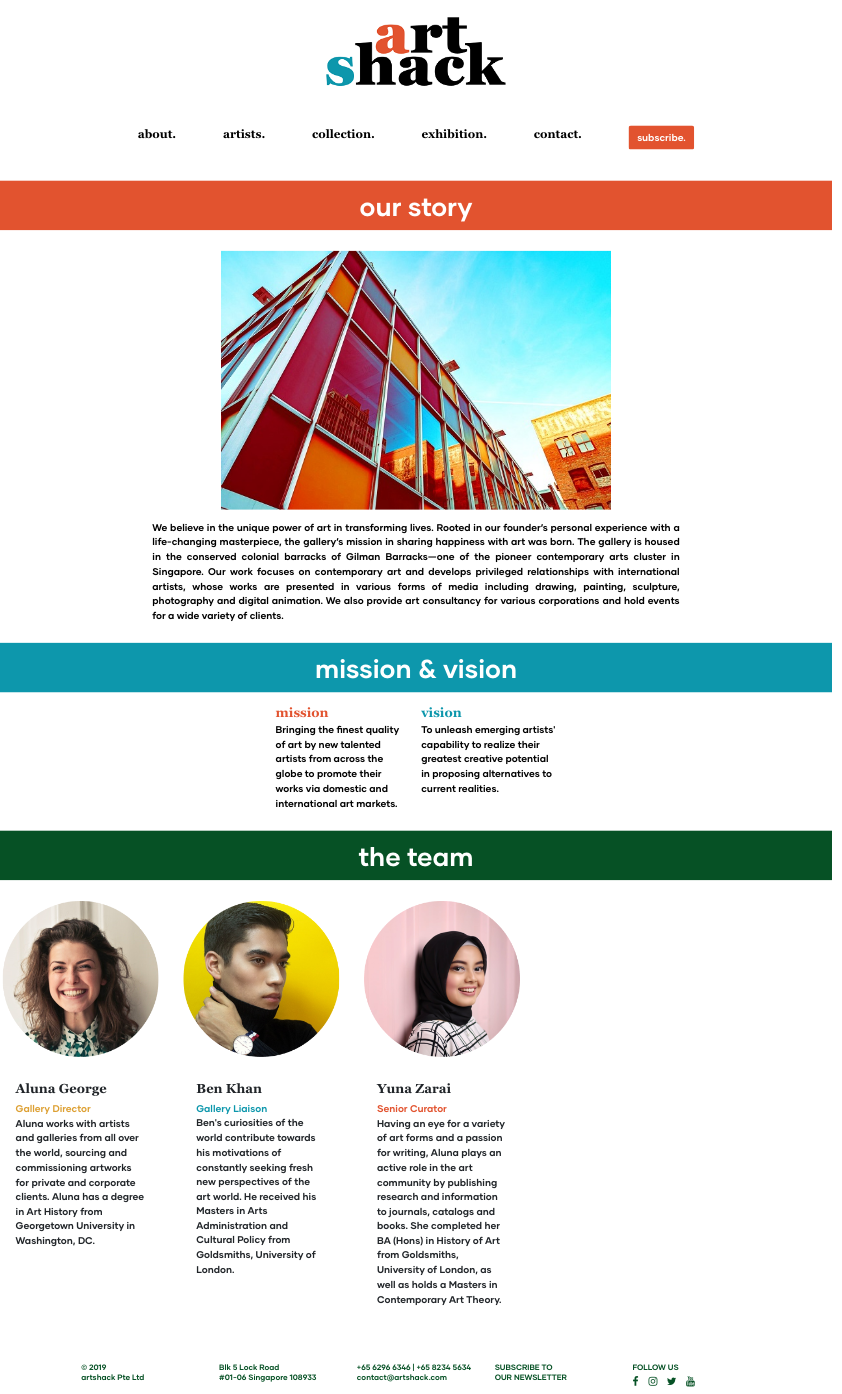
Repository: lynette-lyf/artshack
Page: about.html
The author's editor kept a record of every edit. The page is drawn from the files as they stood at one moment, then again after the next edit.
The browser window is 1280 px wide. The page is 1295 px wide, so the pictures cover 1295 px, including what lies to the right of the window. The pictures show the whole page, at 65% of full size.

Above is the page before.
Not found: about.css

After the next edit:
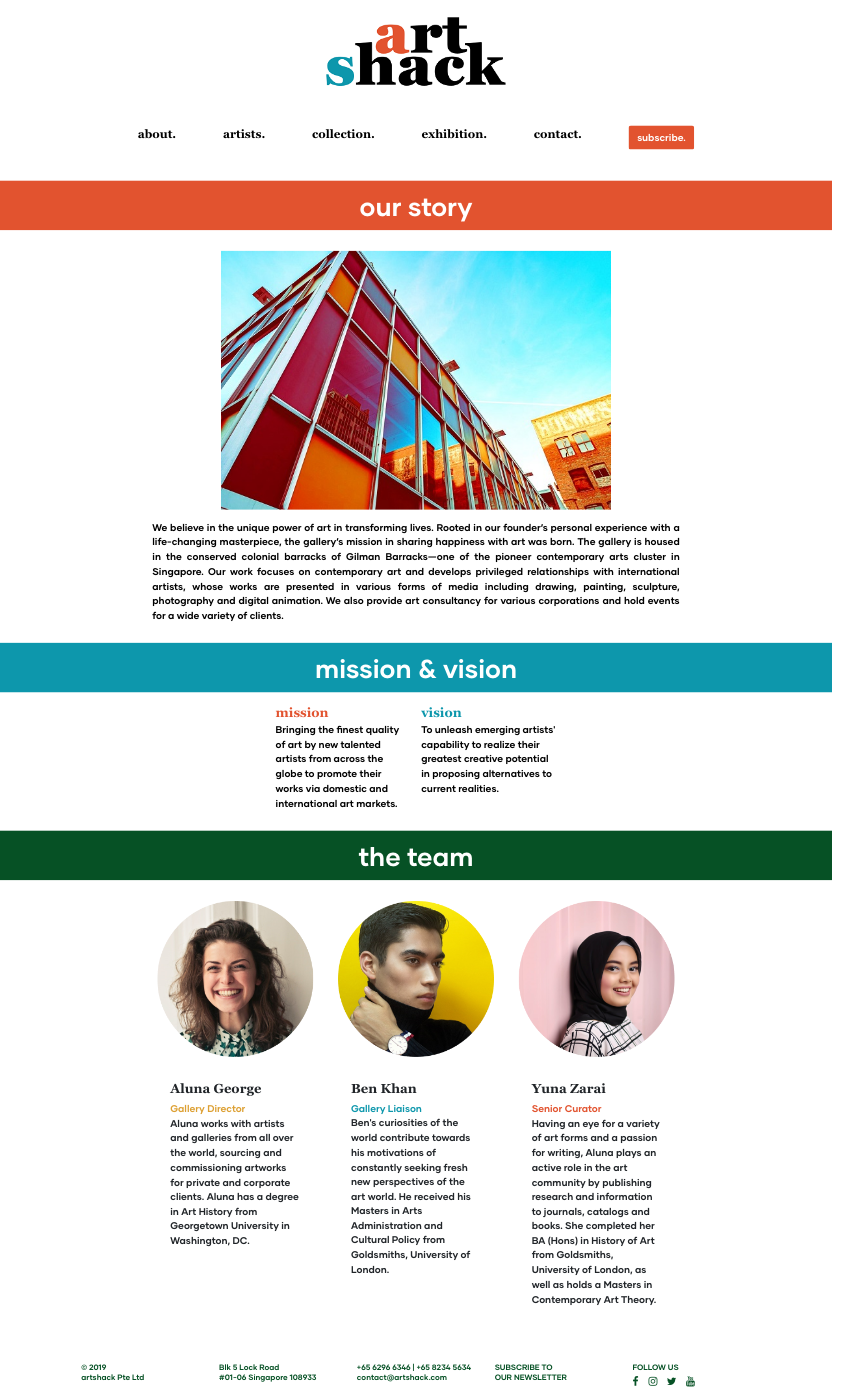
The edit:
--- a/about.html
+++ b/about.html
@@ -340,8 +340,8 @@
 </div>
 
 
-<div class="container-fluid-teaminfo">
-<div class="row d-inline-flex">
+<div class="container-fluid-teaminfo d-flex justify-content-center">
+<div class="row">
 <div class="col pt-3 pb-3 mx-1">
 <div class="card mx-auto" style="width: 15rem; border:none;">
   <img src="images/about1.png" class="card-img-top" alt="...">
